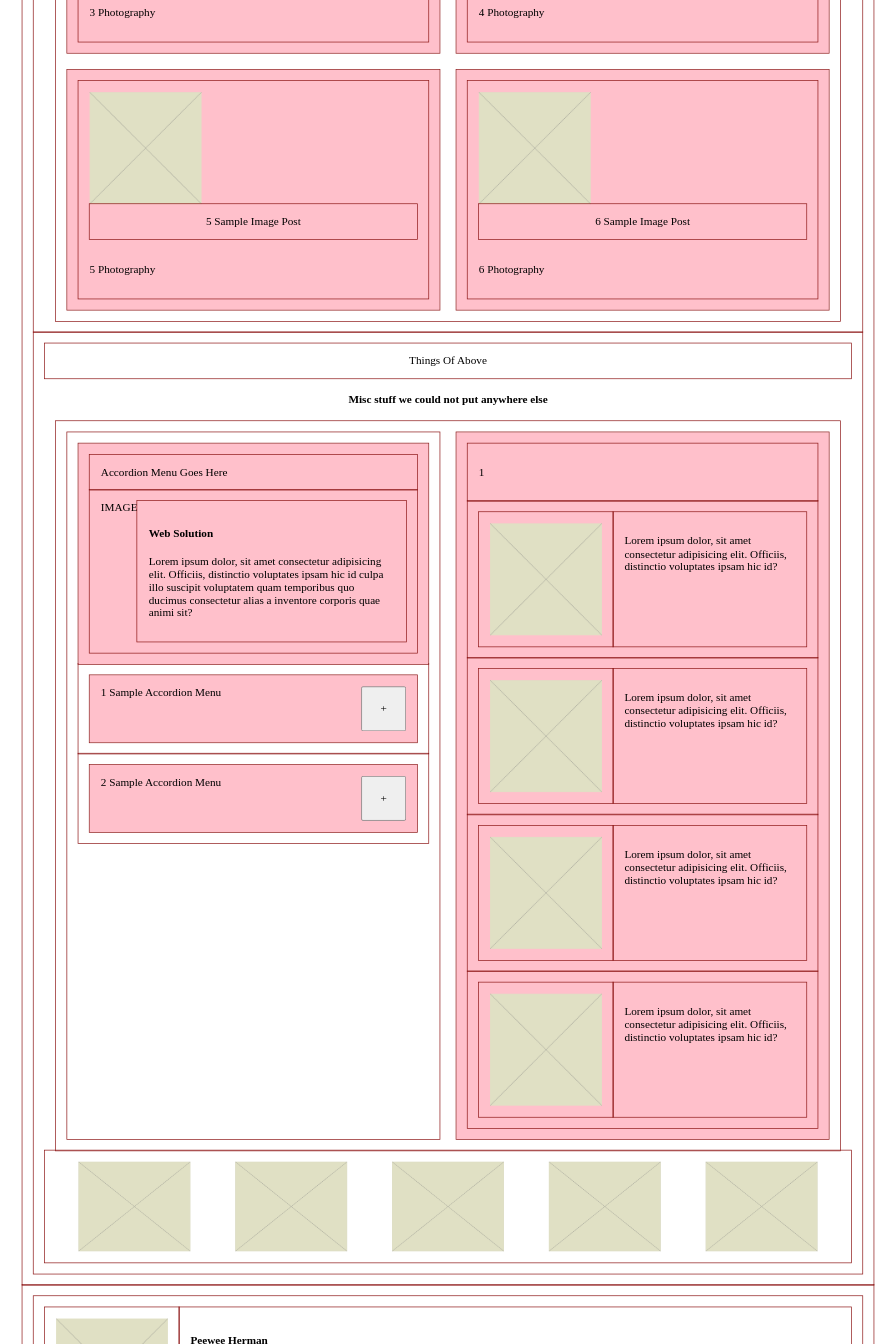
Repository: kionale/Project1_Lab3_ResponsiveLayout
Page: index.html
These files come from the project's save history. The page is drawn as it stood at one moment and after a run of saves; the edit follows.
The browser window is 1280 px wide. The pictures show the part of the page from y = 3301 to 5221 px (the page is 6789 px tall), at 70% of full size.

Above is the page before, as saved 2023-01-31 17:09:30.

### index.html
<!doctype html>
<html class="no-js" lang="">

<head>
  <meta charset="utf-8">
  <title></title>
  <meta name="description" content="">
  <meta name="viewport" content="width=device-width, initial-scale=1">

  <meta property="og:title" content="">
  <meta property="og:type" content="">
  <meta property="og:url" content="">
  <meta property="og:image" content="">

  <link rel="manifest" href="site.webmanifest">
  <link rel="apple-touch-icon" href="icon.png">
  <!-- Place favicon.ico in the root directory -->

  <link rel="stylesheet" href="css/normalize.css">
  <link rel="stylesheet" href="css/main.css">

  <meta name="theme-color" content="#fafafa">
</head>


<body class="page page-home">
  <header class="header page__header">
    <div class="row">
      <h1>Metrolics</h1>
      <a href=""><img src="img/placeholder.png"></a>
      <nav class="navbar-links">
        <ul>
          <a href="#">
            <li>Home</li>
          </a>
          <a href="">
            <li>Home</li>
          </a>
          <a href="">
            <li>Pages</li>
          </a>
          <a href="">
            <li>Blog</li>
          </a>
          <a href="">
            <li>Portfolio</li>
          </a>
          <a href="">
            <li>Home</li>
          </a>
        </ul>
      </nav>
    </div>

  </header>

  <div class="page__slider">
    <div class="row slides">
      <img src="img/placeholder.png" alt="">
    </div>
  </div>
  </div>

  <div class="page__intro">
    <h1 class="header page__heading">
      Hey guys! This is the <span>Metrolics</span> theme.<br>
      It sports a responsive layout with a mobile layout.
    </h1>
    <div class="subheading page_subheading">
      <h3>
        Things That We do
      </h3>
      <h5>Ask us what we can do for you</h5>

    </div>
    <div class="feature__service">
      <div class="row m-col-2 l-col-4">
        <div class="col">
          <img class="feature__servic__images" src="img/placeholder.png" alt="">
          <h4 class="heading feature__servic__title">Web Solution</h4>
          <p class="feature__servic__content">
            bbbhhha
          </p>
        </div>
        <div class="col">
          <img class="feature__servic__images" src="img/placeholder.png" alt="">
          <h4 class="heading feature__servic__title"></h4>
          <p class="feature__servic__content">
            bbbhhha
          </p>
        </div>
        <div class="col">
          <img class="feature__servic__images" src="img/placeholder.png" alt="">
          <h4 class="heading feature__servic__title"></h4>
          <p class="feature__servic__content">
            bbbhhha
          </p>
        </div>
        <div class="col">
          <img class="feature__servic__images" src="img/placeholder.png" alt="">
          <h4 class="heading feature__servic__title"></h4>
          <p class="feature__servic__content">
            bbbhhha
          </p>
        </div>


      </div>
    </div>
  </div>

  <!-- Main content starts here -->
  <main class="page__main">
    <section class="recent__work">
      <header class="header post__header">What's up lately?</header>
      <h4 class="subheading">Read up on our latest work</h4>
      <div class="row m-col-2 l-col-3">
        <div class="col">
          <div>
            <img src="img/placeholder.png" alt="">
            <header class="header recent__work__title">Sample image post</header><br>
            <p>Photography</p>
          </div>
        </div>
        <div class="col">
          <div>
            <img src="img/placeholder.png" alt="">
            <header class="header recent__work__title">Sample image post</header><br>
            <p>Photography</p>
          </div>
        </div>
        <div class="col">
          <div>
            <img src="" alt="">
            <header class="header recent__work__title">Sample image post</header><br>
            <p>Photography</p>
          </div>
        </div>
        <div class="col">
          <div>
            <img src="img/placeholder.png" alt="">
            <header class="header recent__work__title">Sample image post</header><br>
            <p>Photography</p>
          </div>
        </div>
      </div>
    </section>
    <!-- Our Latest Projests -->
    <section class="latest__projects">
      <header class="header latest__projects__header">Our Latest Projects</header>
      <h4 class="subheading">Client happy? We are happy</h4>
      <div class="row m-col-2 l-col-3">
        <div class="col">
          <div>
            <img src="img/placeholder.png" alt="">
            <header class="header latest__project__image">1 Sample image post</header><br>
            <p>1 Photography</p>
          </div>
        </div>
        <div class="col">
          <div>
            <img src="img/placeholder.png" alt="">
            <header class="header latest__project__image">2 Sample image post</header><br>
            <p>2 Photography</p>
          </div>
        </div>
        <div class="col">
          <div>
            <img src="img/placeholder.png" alt="">
            <header class="header latest__project__image">3 Sample image post</header><br>
            <p>3 Photography</p>
          </div>
        </div>
        <div class="col">
          <div>
            <img src="img/placeholder.png" alt="">
            <header class="header latest__project__image">4 Sample image post</header><br>
            <p>4 Photography</p>
          </div>
        </div>
        <div class="col">
          <div>
            <img src="img/placeholder.png" alt="">
            <header class="header latest__project__image">5 Sample image post</header><br>
            <p>5 Photography</p>
          </div>
        </div>
        <div class="col">
          <div>
            <img src="img/placeholder.png" alt="">
            <header class="header latest__project__image">6 Sample image post</header><br>
            <p>6 Photography</p>
          </div>
        </div>
      </div>
    </section>
    <!--Things of Above-->
    <section class="things__of__above">
      <header class="header things__header">Things of above</header>
      <h4 class="subheading">Misc stuff we could not put anywhere else</h4>
      <div class="row m-col-2 l-col-3">
        <div>
          <div class="col">
            <div class="sample__menu things_above_image">Accordion Menu Goes Here
            </div>
            <div class="web__solution">
              IMAGE
              <div>
                <h4>Web Solution</h4>
                <p>Lorem ipsum dolor, sit amet consectetur adipisicing elit. Officiis, distinctio voluptates ipsam hic
                  id
                  culpa illo suscipit voluptatem quam temporibus quo ducimus consectetur alias a inventore corporis quae
                  animi sit?</p>
              </div>
            </div>
          </div>
          <div class="menu__button">
            <div class="col_two sample__menu things__above__image">1 Sample Accordion Menu
              <button>+</button>
            </div>
          </div>
          <div class="menu__button">
            <div class="col_two sample__menu things__above__image">2 Sample Accordion Menu
              <button>+</button>
            </div>
          </div>
        </div>
        <div class="col">
          <div class="tab__buttons">
           <p>1</p>
          </div>
          <div class="tab__information">
            <div>
              <img src="img/placeholder.png" alt="">
            </div>
            <div>
              <p>Lorem ipsum dolor, sit amet consectetur adipisicing elit. Officiis, distinctio voluptates ipsam hic
                id?</p>
            </div>
          </div>
          <div class="tab__information">
            <div>
              <img src="img/placeholder.png" alt="">
            </div>
            <div>
              <p>Lorem ipsum dolor, sit amet consectetur adipisicing elit. Officiis, distinctio voluptates ipsam hic
                id?</p>
            </div>
          </div>
          <div class="tab__information">
            <div>
              <img src="img/placeholder.png" alt="">
            </div>
            <div>
              <p>Lorem ipsum dolor, sit amet consectetur adipisicing elit. Officiis, distinctio voluptates ipsam hic
                id?</p>
            </div>
          </div>
          <div class="tab__information">
            <div>
              <img src="img/placeholder.png" alt="">
            </div>
            <div>
              <p>Lorem ipsum dolor, sit amet consectetur adipisicing elit. Officiis, distinctio voluptates ipsam hic
                id?</p>
            </div>
          </div>
        </div>
      </div>
      <!--Sponsors-->
      <div class="sponsors">
        <img src="img/placeholder.png" alt="" class="sponsors__icon">
        <img src="img/placeholder.png" alt="" class="sponsors__icon">
        <img src="img/placeholder.png" alt="" class="sponsors__icon">
        <img src="img/placeholder.png" alt="" class="sponsors__icon">
        <img src="img/placeholder.png" alt="" class="sponsors__icon">

    </section>
  </main>
  <!--Footer-->
  <footer>
    <div class="web__author">
      <div>
        <img src="img/placeholder.png" alt="">
      </div>
      <div>
        <h4>Peewee Herman</h4>
        <p>Lorem ipsum dolor, sit amet consectetur adipisicing elit. Officiis, distinctio voluptates ipsam hic
          id
          culpa illo suscipit voluptatem quam temporibus quo ducimus consectetur alias a inventore corporis quae
          animi sit?</p>
      </div>
    </div>
    <div class="footer__extras">
      <div>
        <div>
          <h4>About Us</h4>
          <p>Lorem ipsum dolor, sit amet consectetur adipisicing elit. Officiis, distinctio voluptates ipsam hic
            id
            culpa illo suscipit voluptatem quam temporibus quo ducimus consectetur alias a inventore corporis quae
            animi sit?</p>
        </div>
        <div class="social__link">
          <a href="" class="social__icon">
            <li>Facebook</li>
          </a>
          <a href="" class="social__icon">
            <li>Google</li>
          </a>
          <a href="" class="social__icon">
            <li>Twitter</li>
          </a>
          <a href="" class="social__icon">
            <li>Instagram</li>
          </a>
          <a href="" class="social__icon">
            <li>Volume</li>
          </a>
        </div>
      </div>

      <div>
        <h4>Flickr Photos</h4>
        <img src="img/placeholder.png" alt="">
        <img src="img/placeholder.png" alt="">
        <img src="img/placeholder.png" alt="">
        <img src="img/placeholder.png" alt="">
        <img src="img/placeholder.png" alt="">
        <img src="img/placeholder.png" alt="">
      </div>
      <div>
        <h4>Recent Tweets</h4>
        <div class="recent__tweets">
          <div>
            <img src="img/placeholder.png" alt="">
          </div>
          <div>
            <h4>Peewee Herman</h4>
            <p>Lorem ipsum dolor, sit amet consectetur adipisicing elit. Officiis, distinctio voluptates ipsam hic
              id
              culpa illo suscipit voluptatem quam temporibus quo ducimus consectetur alias a inventore corporis quae
              animi sit?</p>
          </div>
        </div>
        <div class="recent__tweets">
          <div>
            <img src="img/placeholder.png" alt="">
          </div>
          <div>
            <h4>Peewee Herman</h4>
            <p>Lorem ipsum dolor, sit amet consectetur adipisicing elit. Officiis, distinctio voluptates ipsam hic
              id
              culpa illo suscipit voluptatem quam temporibus quo ducimus consectetur alias a inventore corporis quae
              animi sit?</p>
          </div>
        </div>
      </div>
      <div>
        <h4>Newsletter</h4>
        <p>Lorem ipsum dolor, sit amet consectetur adipisicing elit. Officiis, distinctio voluptates ipsam hic
          id
          culpa illo suscipit voluptatem quam temporibus quo ducimus consectetur alias a inventore corporis quae
          animi sit?</p>
        <div class="col_two sample__menu things__above__image">Enter your email...
          <button>+</button>
        </div>
      </div>
    </div>
  </footer>


  <script src="js/vendor/modernizr-3.11.2.min.js"></script>
  <script src="js/plugins.js"></script>
  <script src="js/main.js"></script>

  <!-- Google Analytics: change UA-XXXXX-Y to be your site's ID. -->
  <script>
    window.ga = function () { ga.q.push(arguments) }; ga.q = []; ga.l = +new Date;
    ga('create', 'UA-XXXXX-Y', 'auto'); ga('set', 'anonymizeIp', true); ga('set', 'transport', 'beacon'); ga('send', 'pageview')
  </script>
  <script src="https://www.google-analytics.com/analytics.js" async></script>
</body>

</html>

### css/main.css
::-moz-selection {
  background: #b3d4fc;
  text-shadow: none;
}

::selection {
  background: #b3d4fc;
  text-shadow: none;
}

/*
 * A better looking default horizontal rule
 */

hr {
  display: block;
  height: 1px;
  border: 0;
  border-top: 1px solid #ccc;
  margin: 1em 0;
  padding: 0;
}

audio,
canvas,
iframe,
img,
svg,
video {
  vertical-align: middle;
}

/*
 * Remove default fieldset styles.
 */

fieldset {
  border: 0;
  margin: 0;
  padding: 0;
}

/*
 * Allow only vertical resizing of textareas.
 */

textarea {
  resize: vertical;
}

*,
*::before,
*::after {
  box-sizing: border-box;
}

div,
main,
section,
header,
footer {
  outline: 1px solid rgb(142, 24, 24);
  min-height: 1rem;
  padding: 1rem;
}

.page {
  margin: 0 auto;
  padding: 2rem;
}

.header {
  text-transform: capitalize;
  text-align: center;
}

.subheading {
  text-align: center;
}

ul,
li {
  padding: 0;
  margin: 0;
  list-style: none;
}

.row {
  display: grid;
  row-gap: 1rem;
}

.row_two {
  display: grid;
  row-gap: 1rem;
}

.col {
  position: relative;
  background-color: pink;
}

.col_two {
  background-color: pink;
  height: 6rem;
}

button {
  height: 4rem;
  width: 4rem;
}

/* medium screens and up  */
@media screen and (min-width: 40em) {
  .row {
    max-width: 70rem;
    column-gap: 1.5rem;
    row-gap: 1.5rem;
    margin: 0 auto;
  }



  .m-col-2 {
    grid-template-columns: 1fr 1fr;
  }

  .l-col-3 {
    grid-template-columns: (3, 1fr);
  }

}


.examples {
  display: flex;
  justify-content: space-around;
}

.sample__menu {
  display: flex;
  justify-content: space-between;
}

.web__solution {
  display: flex;
}

.web__author {
  display: flex;
}

.recent__tweets {
  display: flex;
}


.tab__information {
  display: flex;
}

.sponsors {
  display: flex;
  justify-content: space-around;
  height: 10rem;
}

.sponsors__icon {
  background-color: lightgray;
}

.social__link {
  display: flex;
}

.social__icon {
  margin: 0.5rem;
}

.footer__extras {
  display: flex;
  flex-direction: row;
}

img{
  width: 10rem;
}

### js/plugins.js
// Avoid `console` errors in browsers that lack a console.
(function() {
  var method;
  var noop = function () {};
  var methods = [
    'assert', 'clear', 'count', 'debug', 'dir', 'dirxml', 'error',
    'exception', 'group', 'groupCollapsed', 'groupEnd', 'info', 'log',
    'markTimeline', 'profile', 'profileEnd', 'table', 'time', 'timeEnd',
    'timeline', 'timelineEnd', 'timeStamp', 'trace', 'warn'
  ];
  var length = methods.length;
  var console = (window.console = window.console || {});

  while (length--) {
    method = methods[length];

    // Only stub undefined methods.
    if (!console[method]) {
      console[method] = noop;
    }
  }
}());

// Place any jQuery/helper plugins in here.

Loaded but not shown: css/normalize.css (library); js/vendor/modernizr-3.11.2.min.js (library); js/main.js (no stored copy; drawn as an empty file)

After the next 3 saves:
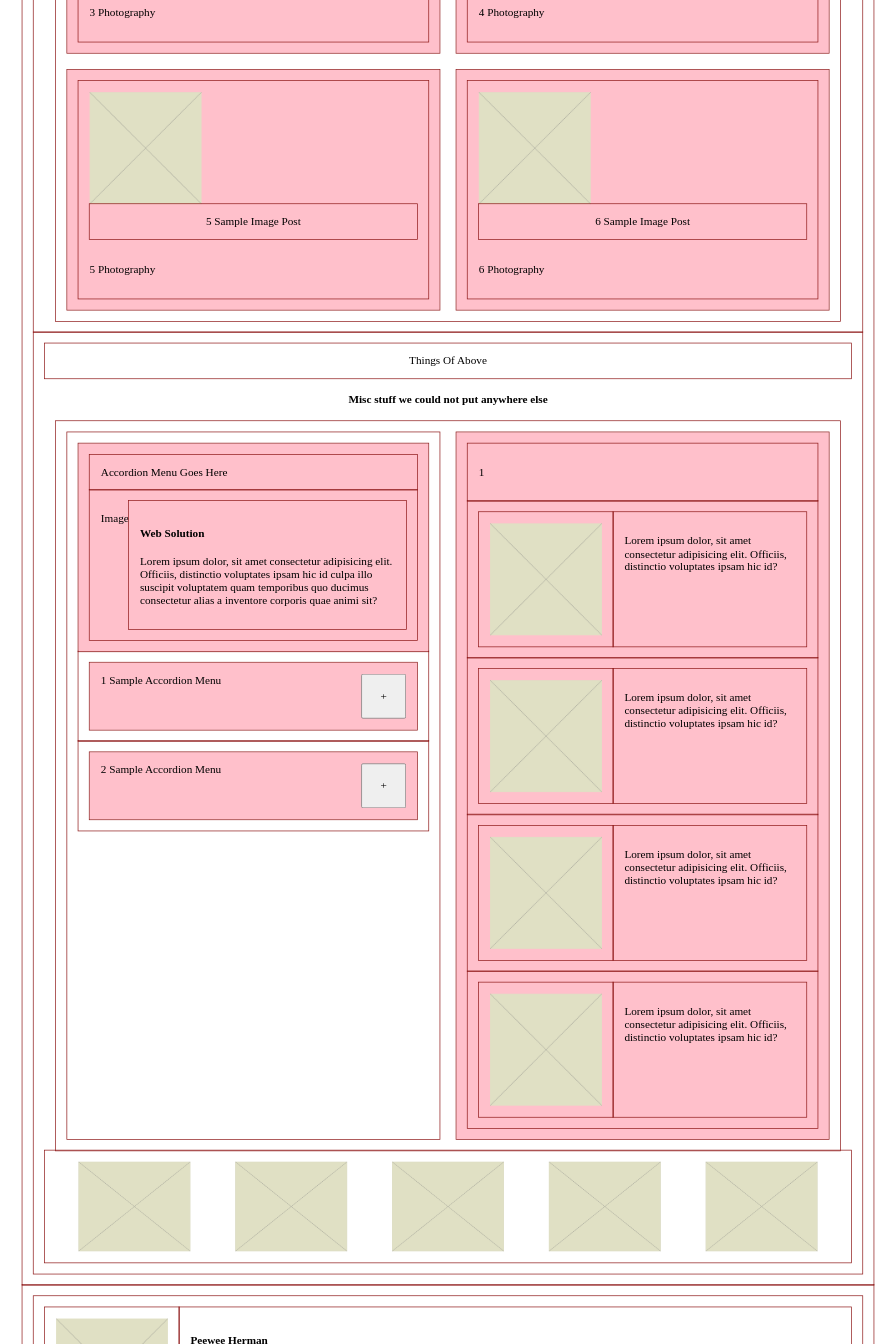
The 3 saves are shown as one change because they came seconds apart.
The last was saved 14 s later.
--- a/index.html
+++ b/index.html
@@ -204,7 +204,7 @@
             <div class="sample__menu things_above_image">Accordion Menu Goes Here
             </div>
             <div class="web__solution">
-              IMAGE
+<p>Image</p>
               <div>
                 <h4>Web Solution</h4>
                 <p>Lorem ipsum dolor, sit amet consectetur adipisicing elit. Officiis, distinctio voluptates ipsam hic
